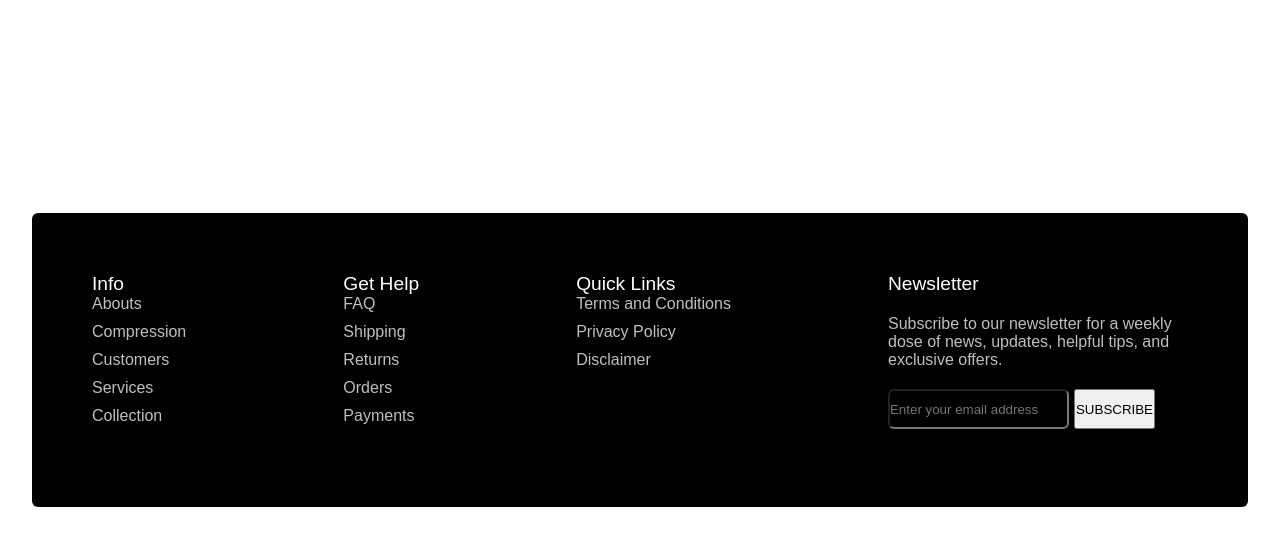
Repository: syni18/responsive_footer
Page: index.html
These files come from the project's save history. The page is drawn as it stood at one moment and after a run of saves; the edit follows.
The browser window is 1280 px wide. The pictures show the whole page.
Some web libraries are served in a nearby version.

Above is the page before, as saved 2023-11-03 17:19:27.

After the next 4 saves:
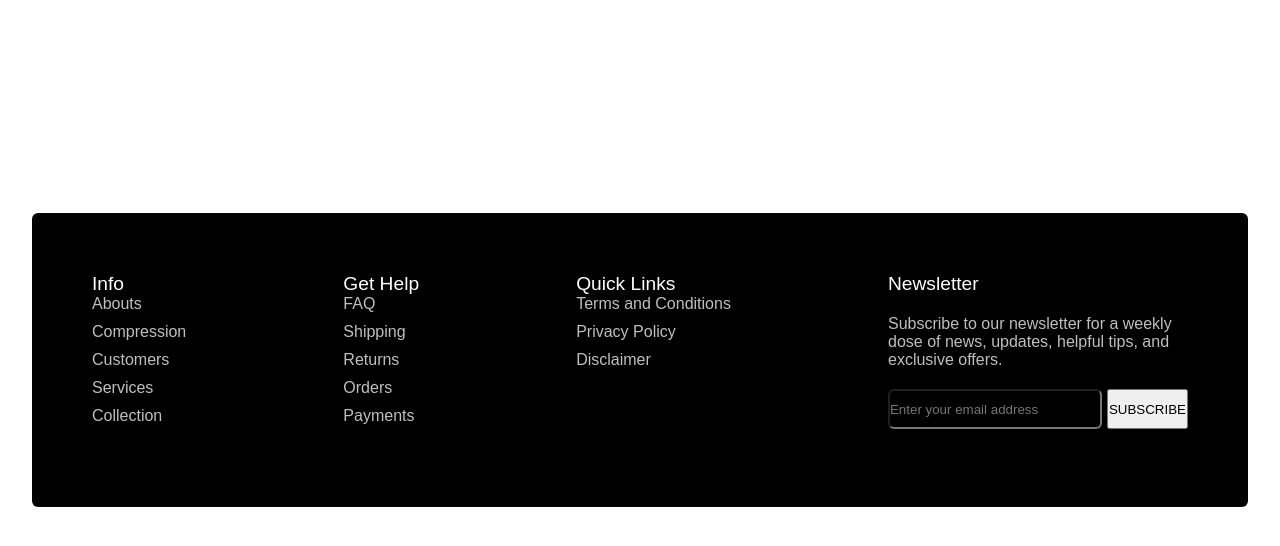
The 4 saves are shown as one change because they came seconds apart.
The last was saved 13 s later.
--- a/style.css
+++ b/style.css
@@ -50,5 +50,7 @@
     height: 40px;
     border-radius: 6px;
     background: none;
+    width: 100%;
+    outline: none;
 
 }
